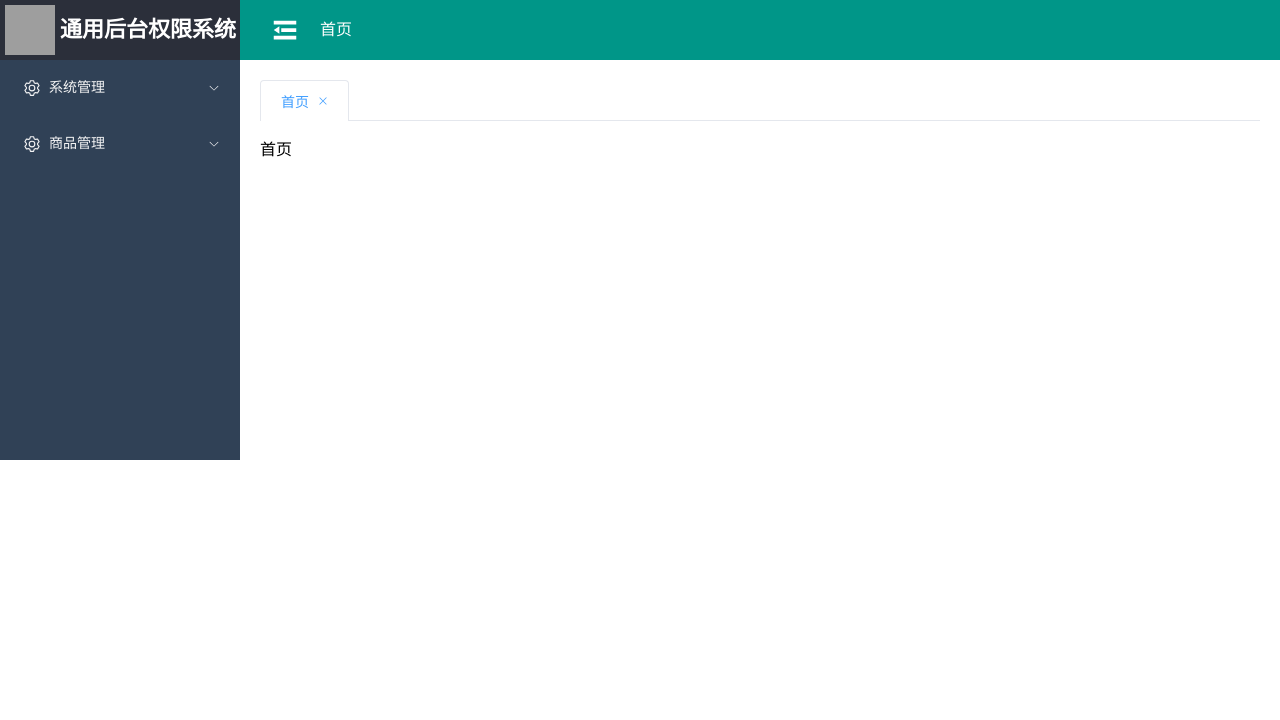
Repository: Langxecho/vite-project
Page: /
The author's editor kept a copy of each file at every save. The page is drawn from the files as they stood at one save, then again after the next save.
The browser window is 1280 px wide. The pictures show the whole page.
Pictures or frames that could not be fetched are drawn as grey boxes. The project was rebuilt for these pictures with package versions that can differ from the ones it lists, and the page was loaded fresh each time. Also part of the build but not shown: vite.config.ts.

Above is the page before, as saved 2024-11-08 20:02:55.

After the next save:
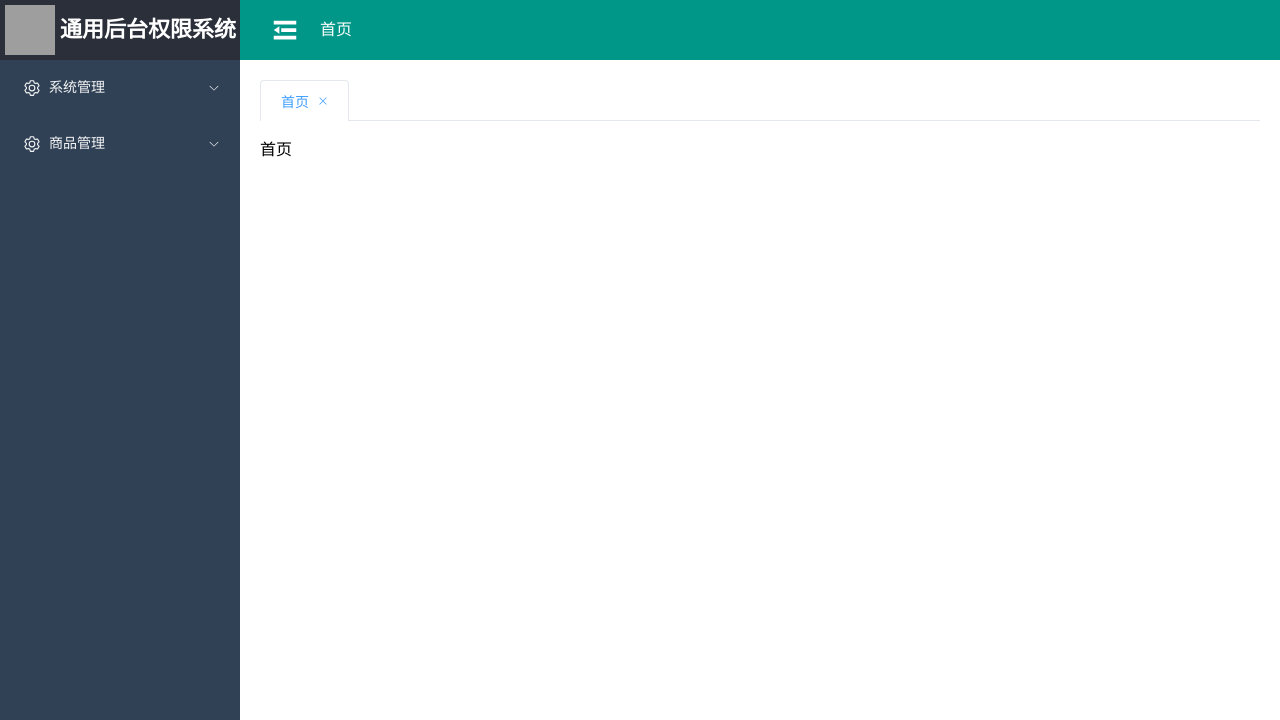
Saved 61 s later.
--- a/src/layout/Index.vue
+++ b/src/layout/Index.vue
@@ -1,5 +1,5 @@
 <template>
-  <el-container>
+  <el-container class="mycontainer">
     <!-- 左侧菜单栏 -->
     <el-aside width="auto" class="leftmenu">
       <menu-bar></menu-bar>
